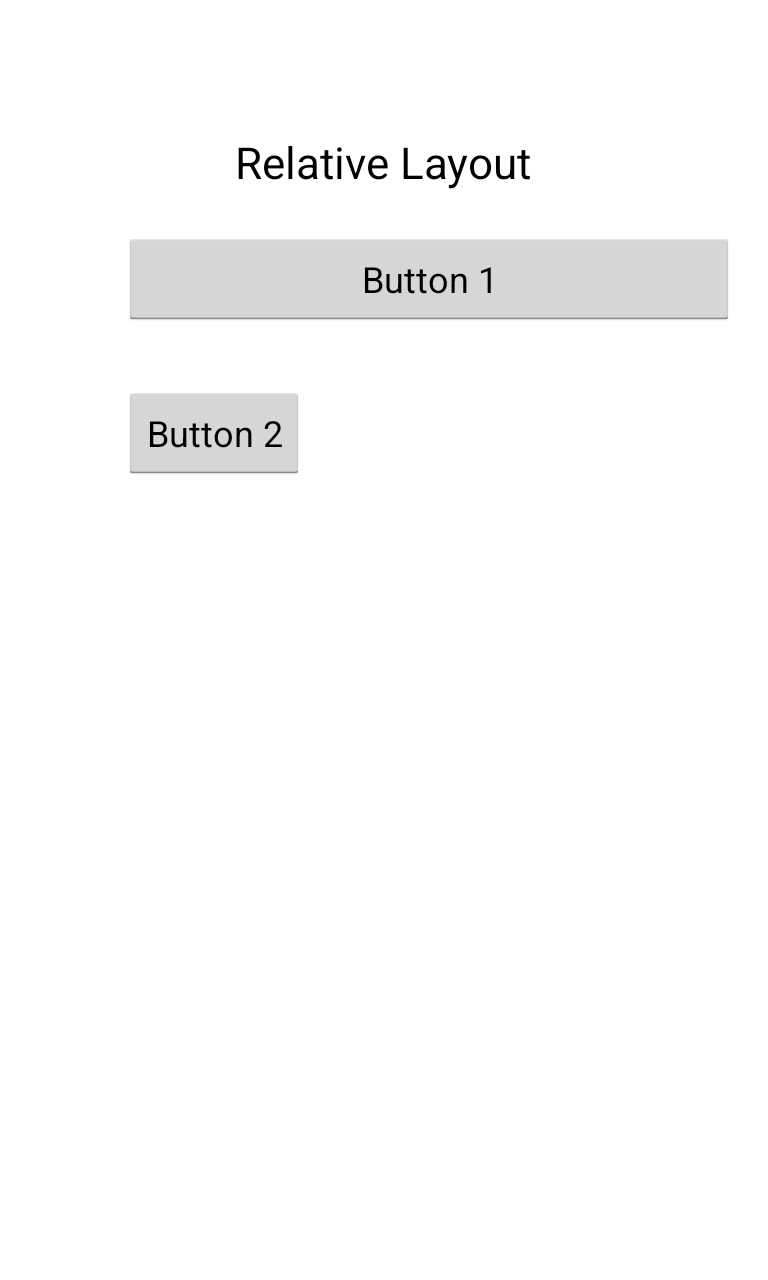
Repository: MadhuHS/JECM3
Layout: Layouts/res/layout/activity_main.xml
The author's editor kept a copy of each file at every save. The layout is drawn from the files as they stood at one save, then again after the next save.
It is drawn on a 768 x 1280 px phone screen (xhdpi) without system bars, with theme AppTheme; the app's code is not run.

Above is the layout before, as saved 2015-11-25 03:40:19.

### Layouts/res/layout/activity_main.xml
<RelativeLayout xmlns:android="http://schemas.android.com/apk/res/android"
    xmlns:tools="http://schemas.android.com/tools"
    android:layout_width="match_parent"
    android:layout_height="match_parent"
    android:paddingBottom="@dimen/activity_vertical_margin"
    android:paddingLeft="@dimen/activity_horizontal_margin"
    android:paddingRight="@dimen/activity_horizontal_margin"
    android:paddingTop="@dimen/activity_vertical_margin"
    tools:context=".MainActivity" >

    <TextView
        android:id="@+id/textView1"
        android:layout_width="wrap_content"
        android:layout_height="wrap_content"
        android:layout_alignParentTop="true"
        android:layout_centerHorizontal="true"
        android:layout_marginTop="50dp"
        android:text="Relative Layout"
        android:textAppearance="?android:attr/textAppearanceLarge" />

    <Button
        android:id="@+id/button1"
        android:layout_width="match_parent"
        android:layout_height="wrap_content"
        android:layout_alignParentLeft="true"
        android:layout_below="@+id/textView1"
        android:layout_marginLeft="45dp"
        android:layout_marginTop="20dp"
        android:text="Button 1" />

    <Button
        android:id="@+id/button2"
        android:layout_width="wrap_content"
        android:layout_height="wrap_content"
        android:layout_alignLeft="@+id/button1"
        android:layout_below="@+id/button1"
        android:layout_marginTop="29dp"
        android:text="Button 2" />

</RelativeLayout>

Loaded but not shown: Layouts/res/values/styles.xml (common file); Layouts/res/values-v11/styles.xml (common file); Layouts/res/values-v14/styles.xml (common file); Layouts/res/values/dimens.xml (common file)

After the next save:
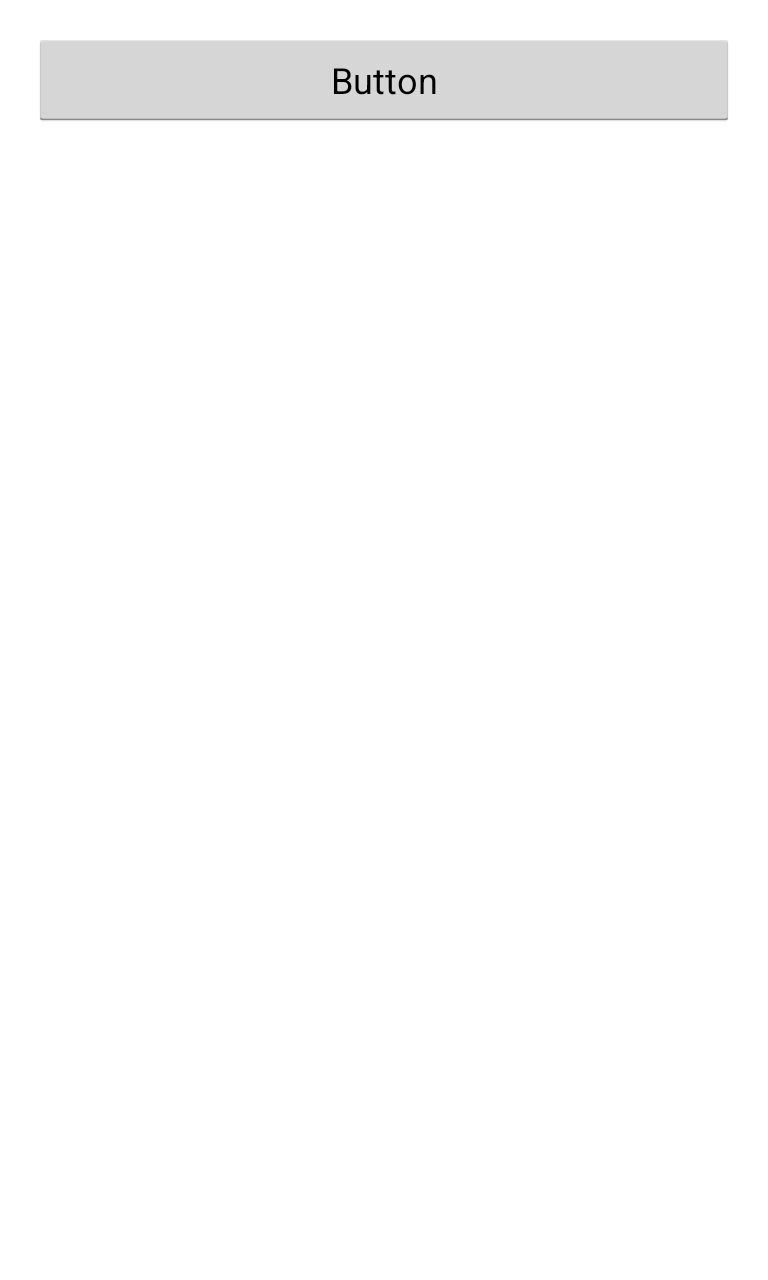
Saved 54 s later.
--- a/Layouts/res/layout/activity_main.xml
+++ b/Layouts/res/layout/activity_main.xml
@@ -8,33 +8,12 @@
     android:paddingTop="@dimen/activity_vertical_margin"
     tools:context=".MainActivity" >
 
-    <TextView
-        android:id="@+id/textView1"
-        android:layout_width="wrap_content"
-        android:layout_height="wrap_content"
-        android:layout_alignParentTop="true"
-        android:layout_centerHorizontal="true"
-        android:layout_marginTop="50dp"
-        android:text="Relative Layout"
-        android:textAppearance="?android:attr/textAppearanceLarge" />
-
     <Button
         android:id="@+id/button1"
         android:layout_width="match_parent"
         android:layout_height="wrap_content"
         android:layout_alignParentLeft="true"
-        android:layout_below="@+id/textView1"
-        android:layout_marginLeft="45dp"
-        android:layout_marginTop="20dp"
-        android:text="Button 1" />
-
-    <Button
-        android:id="@+id/button2"
-        android:layout_width="wrap_content"
-        android:layout_height="wrap_content"
-        android:layout_alignLeft="@+id/button1"
-        android:layout_below="@+id/button1"
-        android:layout_marginTop="29dp"
-        android:text="Button 2" />
+        android:layout_alignParentTop="true"
+        android:text="Button" />
 
 </RelativeLayout>
